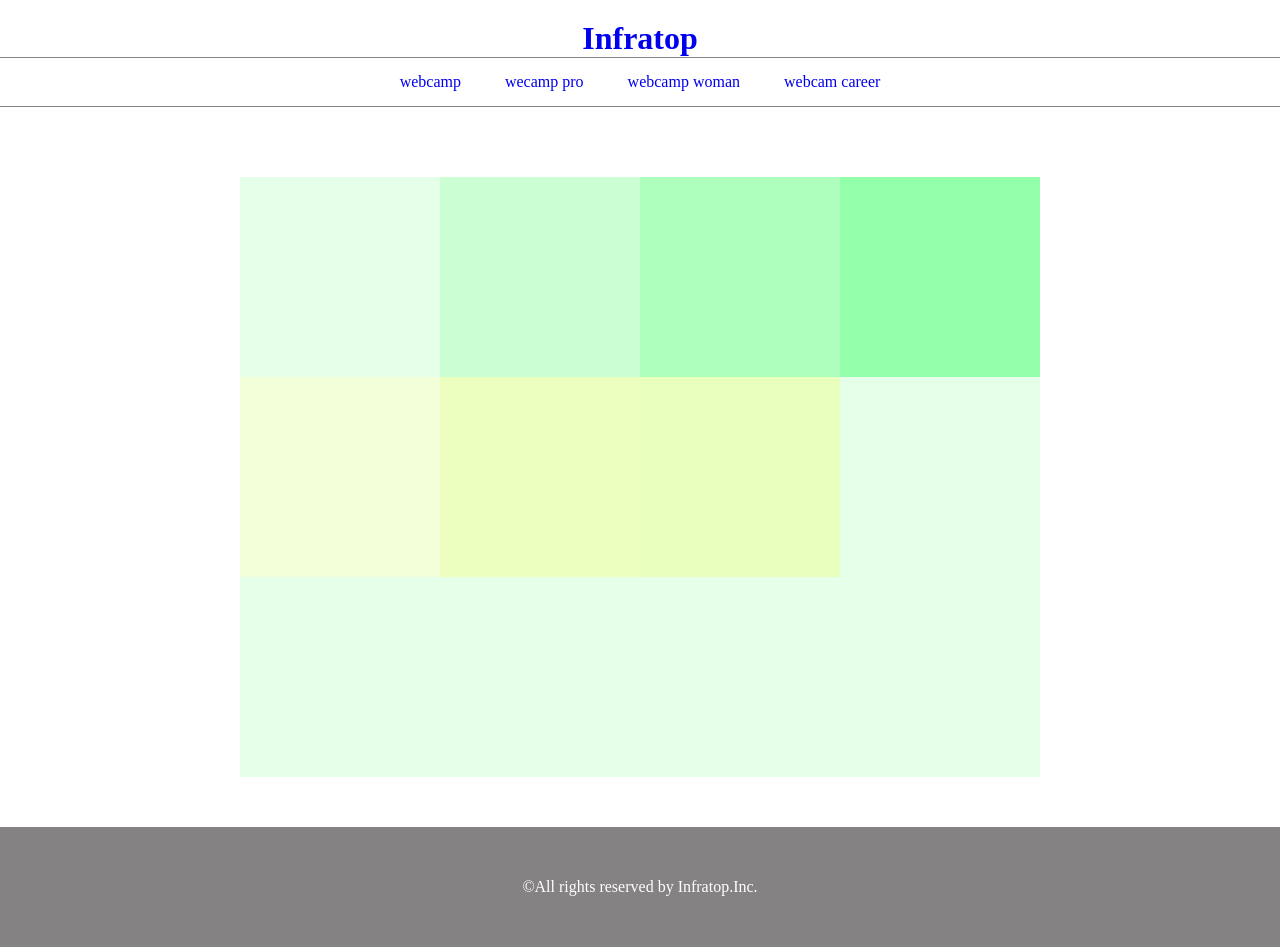
Repository: ego-boosting/assightment_1
Page: infratop/index.html
The author's editor kept a record of every edit. The page is drawn from the files as they stood at one moment, then again after the next edit.
The browser window is 1280 px wide. The pictures show the whole page.

Above is the page before.

### infratop/index.html
<!DOCTYPE html>
<html lang="ja">
  <head>
    <meta charset="UTF-8" />
    <!-- CSSファイルの読み込み -->
    <link rel="stylesheet" href="style.css" />
    <title>Infratop</title>
  </head>

<body>
  <header>
    <h1 class="heading">
      <a href="index.html">Infratop</a>
    </h1>
    <nav>
      <ul class="nav-list" >
        <li class="nav-list-item">
          <a href="index.html">webcamp</a>
        </li>

        <li class="nav-list-item">
          <a href="index.html">wecamp pro</a>
        </li>

        <li class="nav-list-item">
          <a href="index.html">webcamp woman</a>
        </li>

        <li class="nav-list-item">
          <a href="index.html">webcam career</a>
        </li>
      </ul>
    </nav>
  </header>

  <div class="main">
    <div class="box1"></div>
    <div class="box2"></div>
    <div class="box3"></div>
    <div class="box4"></div>
    <div class="box5"></div>
    <div class="box6"></div>
    <div class="box7"></div>
    <div class="box8"></div>
    <div class="box9"></div>
    <div class="box10"></div>
    <div class="box11"></div>
    <div class="box12"></div>
  </div>

  <footer>
    <p class="footer-text">©All rights reserved by Infratop.Inc.</p>
  </footer>




</body>
</html>

### infratop/style.css
*{
  margin: 0;
  padding: 0;
  box-sizing:border-box;
}

a{
  text-decoration: none;
}

header{
  width: 100%;
  padding: 20px 0;
  text-align: center;
}

.heading{
  font-size: 32px;
}

.nav-list{
  /*下記*/
  text-align: center;
  padding: 15px 0;
  margin: 0 auto;
  border-bottom: 1px solid #848282;
  border-top: 1px solid #848282;
}

.nav-list-item{
  list-style: none;
  display: inline-block;
  margin: 0 20px;
}

.main{
  width: 800px;
  /*中央寄せ*/
  margin: 50px auto;
  display: flex;
  flex-wrap: wrap;
}

.box1{
  width: 200px;
  height: 200px;
  background-color: #e6ffe9;
}

.box2{
  width: 200px;
  height: 200px;
  background-color: #cbffd3;
}

.box3{
  width: 200px;
  height: 200px;
  background-color: #aeffbd;
}

.box4{
  width: 200px;
  height: 200px;
  background-color: #93ffab;
}

.box5{
  width: 200px;
  height: 200px;
  background-color: #f3ffd8;
}

.box6{
  width: 200px;
  height: 200px;
  background-color: #edffbe;
}

.box7{
  width: 200px;
  height: 200px;
  background-color: #e9ffbe;
}

.box8{
  width: 200px;
  height: 200px;
  background-color: #e6ffe9;
}

.box9{
  width: 200px;
  height: 200px;
  background-color: #e6ffe9;
}

.box10{
  width: 200px;
  height: 200px;
  background-color: #e6ffe9;
}

.box11{
  width: 200px;
  height: 200px;
  background-color: #e6ffe9;
}

.box12{
  width: 200px;
  height: 200px;
  background-color: #e6ffe9;
}

footer{
  width: 100%;
  height: 120px;
  text-align: center;
  line-height: 120px;
  background-color: #848282;
}

.footer-text{
  color: #fff;
}

After the next edit:
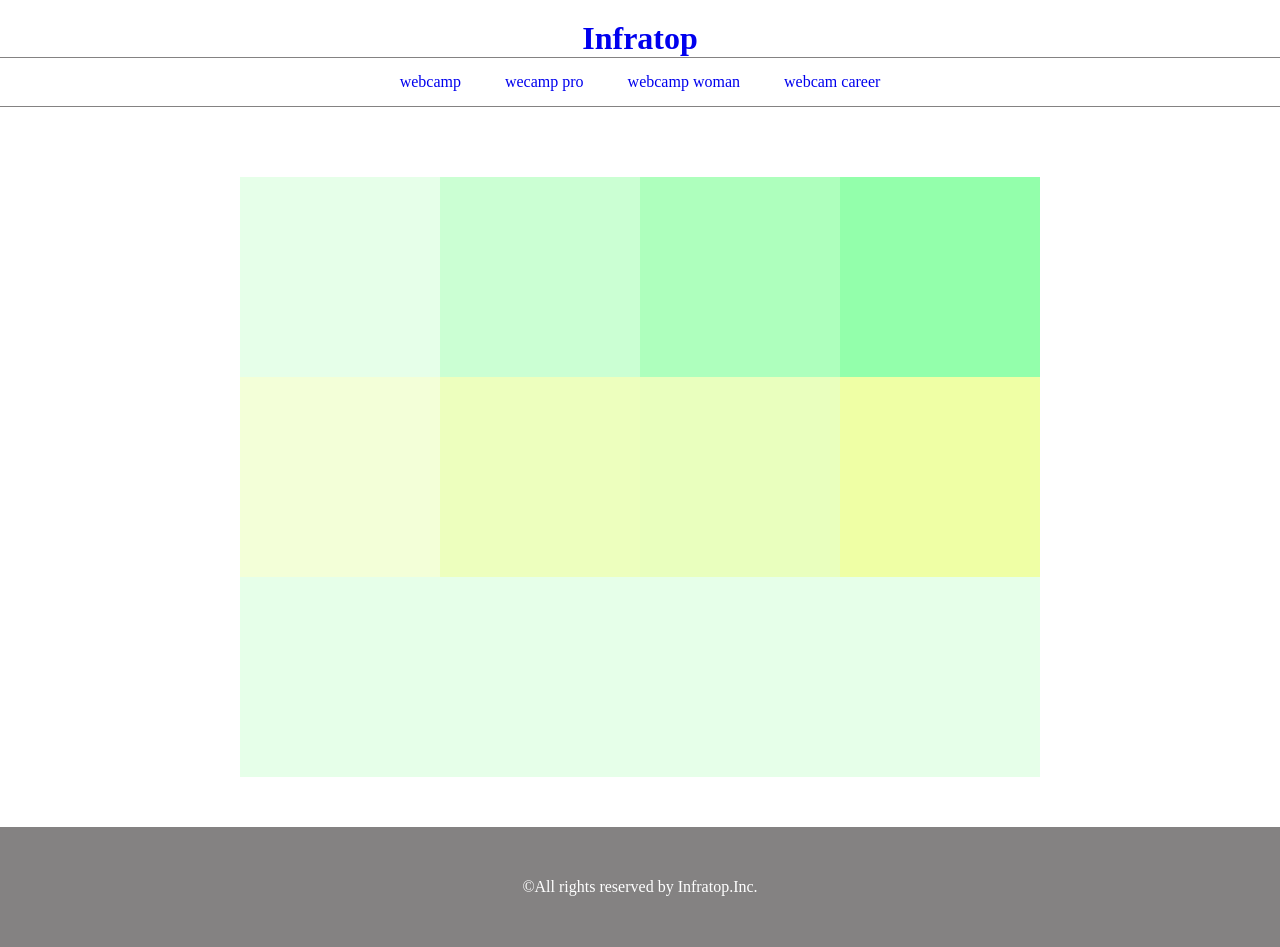
The edit:
--- a/infratop/style.css
+++ b/infratop/style.css
@@ -86,7 +86,7 @@
 .box8{
   width: 200px;
   height: 200px;
-  background-color: #e6ffe9;
+  background-color: #efffa5;
 }
 
 .box9{
